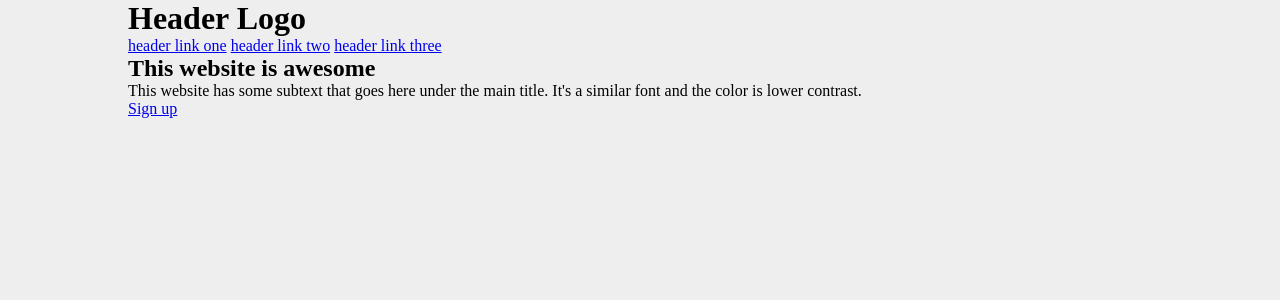
Repository: Pafestivo/Dummy-Landing-Page
Page: index.html
An editor plug-in stored every save of this project. The page is shown before and after the next save, followed by the edit.
The browser window is 1280 px wide. The pictures show the whole page.

Above is the page before, as saved 2022-09-26 17:39:06.

### index.html
<!DOCTYPE html>
<html lang="en">
<head>
    <meta charset="UTF-8">
    <meta name="viewport" content="width=device-width, initial-scale=1.0">
    <link rel="stylesheet" href="styles.css">
    <title>Landing Page</title>
</head>
<body>
    <header>
        <div class="container">
            <h1>Header Logo</h1>
            <nav>
                <a href="#">header link one</a>
                <a href="#">header link two</a>
                <a href="#">header link three</a>
            </nav>
        </div> <!-- /container-->
    </header>
    <main>
        <section class="first">
            <div class="container">
                <h1>This website is awesome</h1>
                <p>This website has some subtext that goes here under the main title. It's a similar font and the color is lower contrast.</p>
                <a href="#">Sign up</a>
                <img
                    src=""
                    alt=""
                />
            </div> <!-- /container-->
        </section> <!-- /first -->

        <section class="second">
            <div class="container">

            </div> <!-- /container-->
        </section> <!-- /second -->

        <section class="third">
            <div class="container">

            </div> <!-- /container-->
        </section> <!-- /third -->

        <section class="fourth">
            <div class="container">

            </div> <!-- /container-->
        </section> <!-- /fourth -->

        <footer>

        </footer>
    </main>
</body>
</html>

### styles.css
* {
  padding: 0;
  margin: 0;
  box-sizing: border-box;
}

body {
  font-family: serif;
  background-color: #eee;
}

.container {
  width: 80vw;
  margin: 0 auto;
}

After the next save:
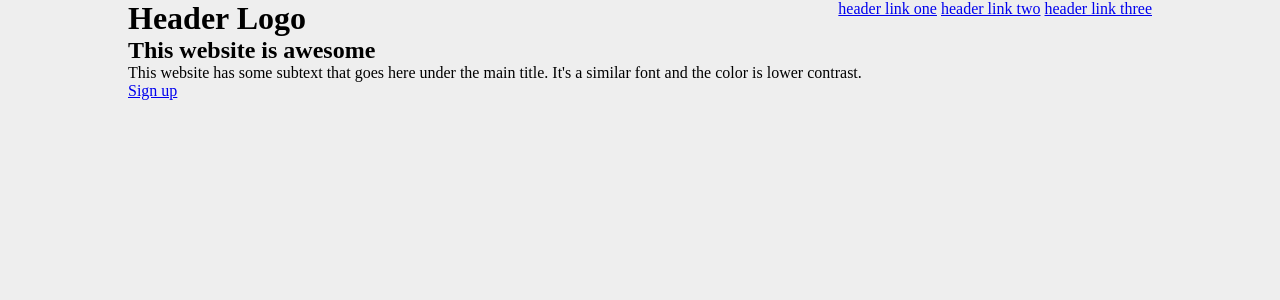
Saved 46 s later.
--- a/styles.css
+++ b/styles.css
@@ -13,3 +13,10 @@ body {
   width: 80vw;
   margin: 0 auto;
 }
+
+/* head area */
+header .container {
+  display: flex;
+  justify-content: space-between;
+}
+/* End head area  */
